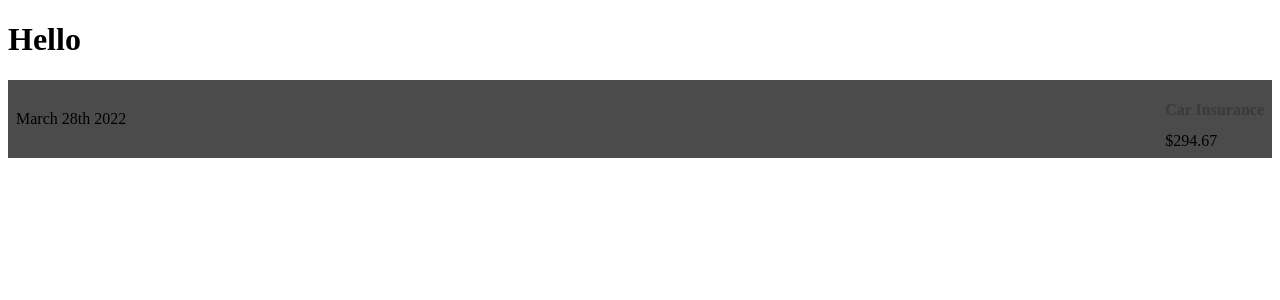
Repository: AbrorjonKuchkarov/expence-tracker-react
Page: /
An editor plug-in stored every save of this project. The page is shown before and after the next save, followed by the edit.
The browser window is 1280 px wide. The pictures show the whole page.
The project was rebuilt for these pictures with package versions that can differ from the ones it lists, and the page was loaded fresh each time. Also part of the build but not shown: src/App.css.

Above is the page before, as saved 2022-04-13 14:58:39.

After the next save:
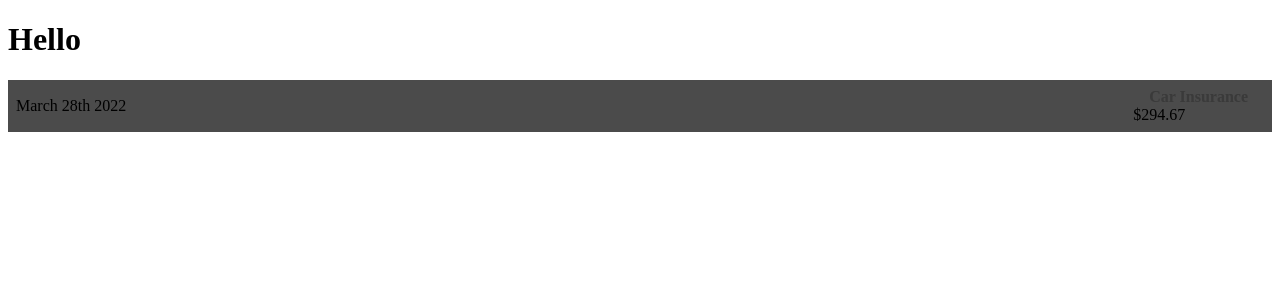
Saved 39 s later.
--- a/src/components/ExpenseItem.css
+++ b/src/components/ExpenseItem.css
@@ -21,8 +21,6 @@
 .expense-item h2{
    color: #3a3a3a;
    font-size: 1rem;
-   align-items: flex-end;
-   flex-flow: column-reverse;
-   justify-content: flex-start;
    flex: 1;
+   margin: 0 1rem;
 }
